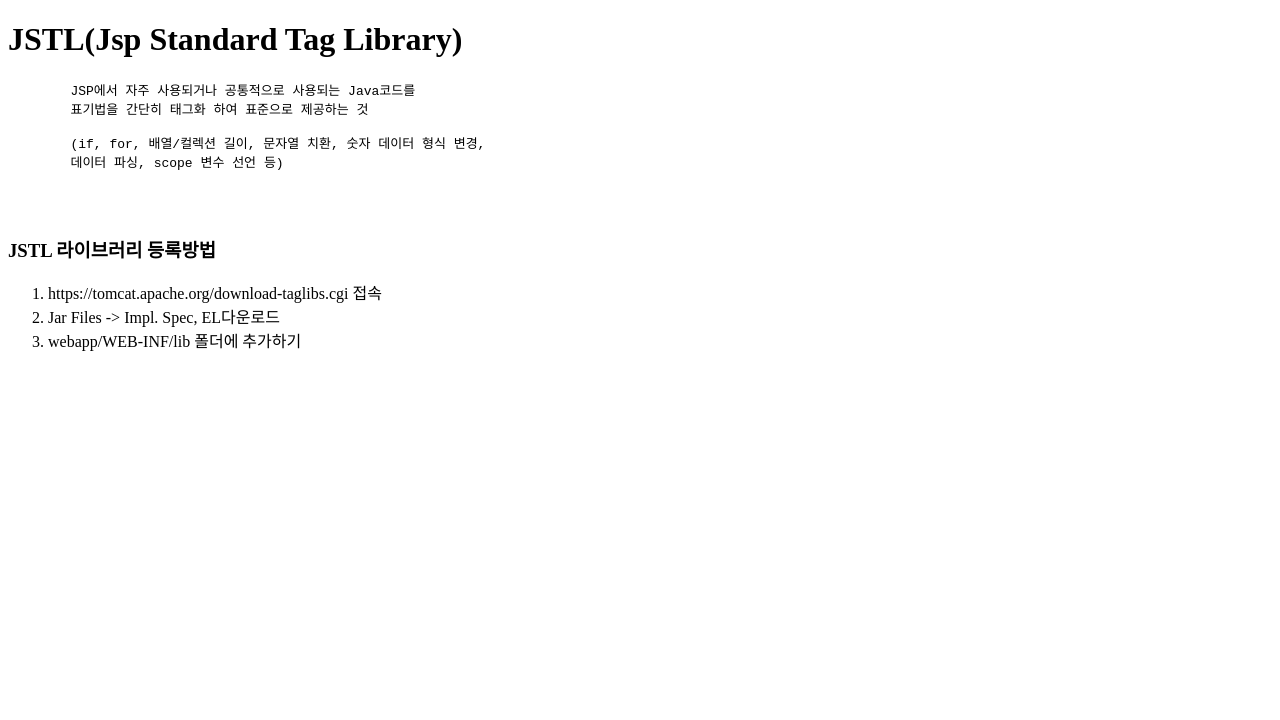
Repository: hyungjuIM/06_Server
Page: http://localhost/JSPProject2/jstl
These files come from the project's save history. The page is drawn as it stood at one moment and after a run of saves; the edit follows.
The browser window is 1280 px wide. The pictures show the whole page.
The page is served by Tomcat 9. Other server files are loaded and not shown.

Above is the page before, as saved 2023-03-21 10:22:51.

### JSPProject2/src/main/webapp/WEB-INF/views/jstl.jsp
<%@ page language="java" contentType="text/html; charset=UTF-8"
pageEncoding="UTF-8" %>
<%@ taglib prefix="c" uri="http://java.sun.com/jsp/jstl/core"%>
<%--
	prefix : 접두사
	uri(Uniform Resource Identifier) : 자원 구분 식별자(주소형태)
 --%>

<!DOCTYPE html>
<html lang="en">
<head>
    <meta charset="UTF-8">
    <meta http-equiv="X-UA-Compatible" content="IE=edge">
    <meta name="viewport" content="width=device-width, initial-scale=1.0">
    <title>3. JSTL</title>
</head>
<body>
    <h1>JSTL(Jsp Standard Tag Library)</h1>
    <pre>
    	JSP에서 자주 사용되거나 공통적으로 사용되는 Java코드를
    	표기법을 간단히 태그화 하여 표준으로 제공하는 것

    	(if, for, 배열/컬렉션 길이, 문자열 치환, 숫자 데이터 형식 변경,
    	데이터 파싱, scope 변수 선언 등)


    </pre>
    	<h3>JSTL 라이브러리 등록방법</h3>
    	<ol>
    		<li>https://tomcat.apache.org/download-taglibs.cgi 접속</li>
    		<li>Jar Files -> Impl. Spec, EL다운로드</li>
    		<li>webapp/WEB-INF/lib 폴더에 추가하기 </li>
    	</ol>
</body>
</html>

### JSPProject2/src/main/java/edu/kh/jsp/controller/JSTLServlet.java
package edu.kh.jsp.controller;

import java.io.IOException;

import javax.servlet.RequestDispatcher;
import javax.servlet.ServletException;
import javax.servlet.annotation.WebServlet;
import javax.servlet.http.HttpServlet;
import javax.servlet.http.HttpServletRequest;
import javax.servlet.http.HttpServletResponse;

@WebServlet("/jstl")
public class JSTLServlet extends HttpServlet{
@Override
protected void doGet(HttpServletRequest req, HttpServletResponse resp) throws ServletException, IOException {

	RequestDispatcher dispatcher = req.getRequestDispatcher("/WEB-INF/views/jstl.jsp");

	dispatcher.forward(req, resp);
	}
}

After the next 4 saves:
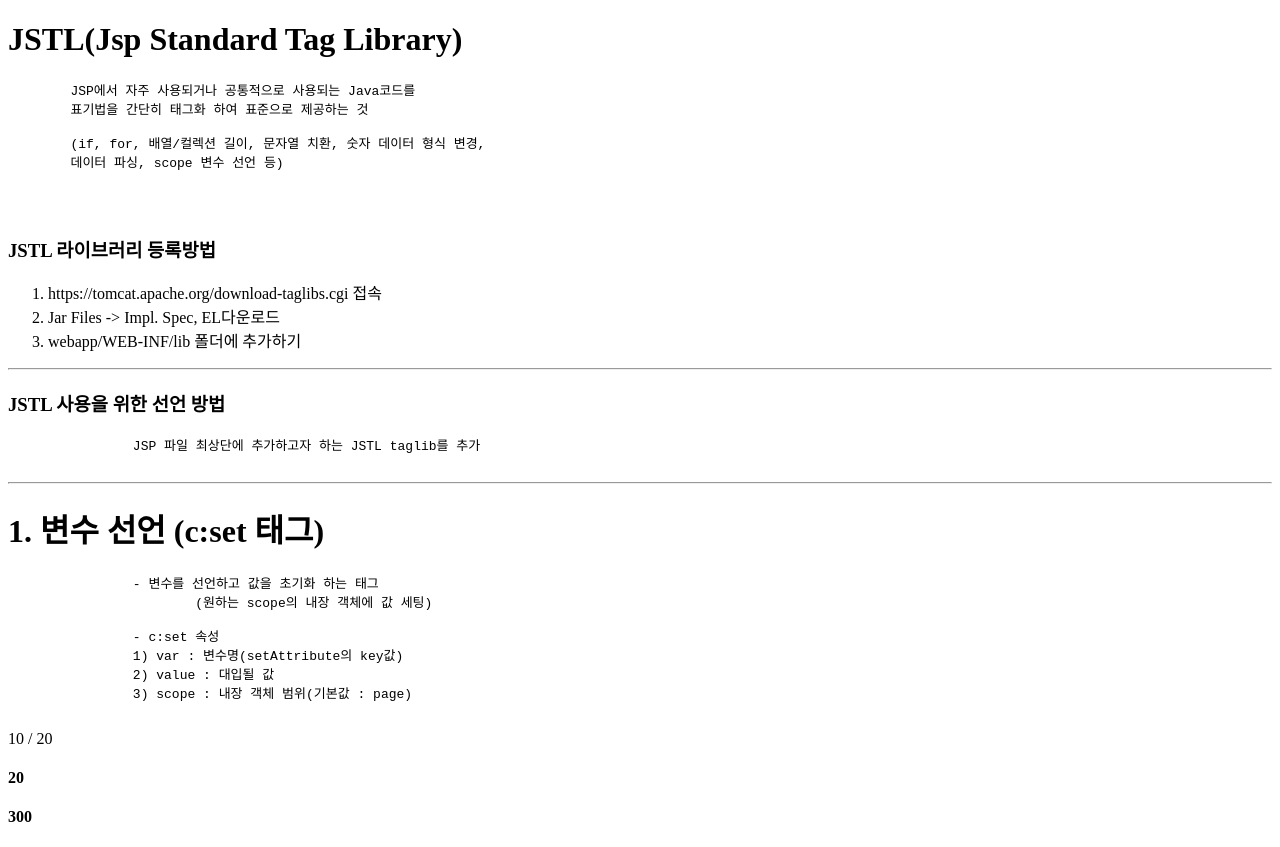
The 4 saves are shown as one change because 3 did not build or start.
The last was saved 10 min 52 s later.
--- a/JSPProject2/src/main/webapp/WEB-INF/views/jstl.jsp
+++ b/JSPProject2/src/main/webapp/WEB-INF/views/jstl.jsp
@@ -31,5 +31,37 @@ pageEncoding="UTF-8" %>
     		<li>Jar Files -> Impl. Spec, EL다운로드</li>
     		<li>webapp/WEB-INF/lib 폴더에 추가하기 </li>
     	</ol>
+
+    	<hr>
+
+    	<h3>JSTL 사용을 위한 선언 방법</h3>
+    	<pre>
+    		JSP 파일 최상단에 추가하고자 하는 JSTL taglib를 추가
+    	</pre>
+    	<hr>
+    	<h1>1. 변수 선언 (c:set 태그)</h1>
+    	<pre>
+    		- 변수를 선언하고 값을 초기화 하는 태그
+    			(원하는 scope의 내장 객체에 값 세팅)
+
+    		- c:set 속성
+    		1) var : 변수명(setAttribute의 key값)
+    		2) value : 대입될 값
+    		3) scope : 내장 객체 범위(기본값 : page)
+    	</pre>
+    	<%-- scriptlet 작성법 --%>
+    	<% pageContext.setAttribute("num1",10); %>
+
+    	<%-- JSTL 작성법 --%>
+    	<c:set var="num2" value="20" />
+
+    	${num1} / ${num2}
+
+    	<%-- request scope에 num2세팅 --%>
+    	<c:set var="num2" value="300" scope="request" />
+    	<h4>${num2}</h4> <!-- 20 -->
+    	<h4>${requestScope.num2}</h4> <!-- 300 -->
+
+
 </body>
 </html>
